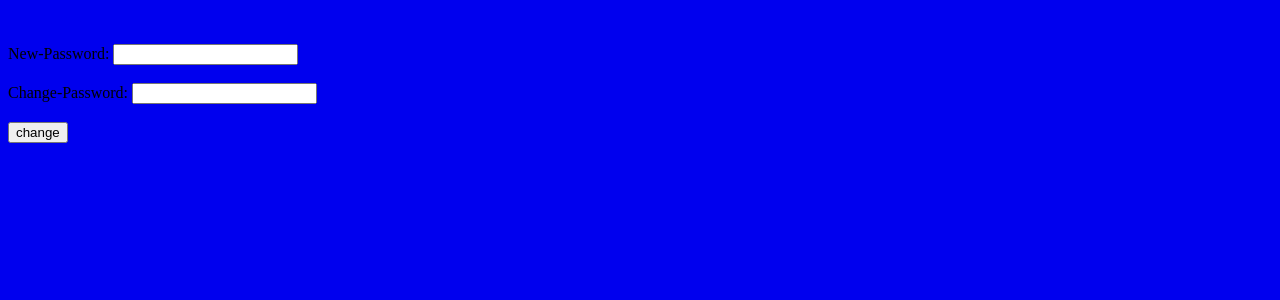
Repository: pawankumarsharm/UST_JDBC_SERVLET
Page: jdbc/empwebapp/WebContent/changepassword.html
The author's editor kept a copy of each file at every save. The page is drawn from the files as they stood at one save, then again after the next save.
The browser window is 1280 px wide. The pictures show the whole page.

Above is the page before, as saved 2019-11-15 09:14:36.

### jdbc/empwebapp/WebContent/changepassword.html
<!DOCTYPE html>
<html>
<head>
<meta charset="ISO-8859-1">
<title>Insert title here</title>
</head>
<body bgcolor="light-green">
<form action="">
		<a href="#" style="align-left">Home</a>  <a href="#" style="align-right">Logout</a><br><br>
		New-Password: <input name="password" type="text"><br><br>
		Change-Password: <input type="text" name="confirmpassword"><br><br>
		<input type="submit" value ="change"><br>
	</form>

</body>
</html>

After the next save:
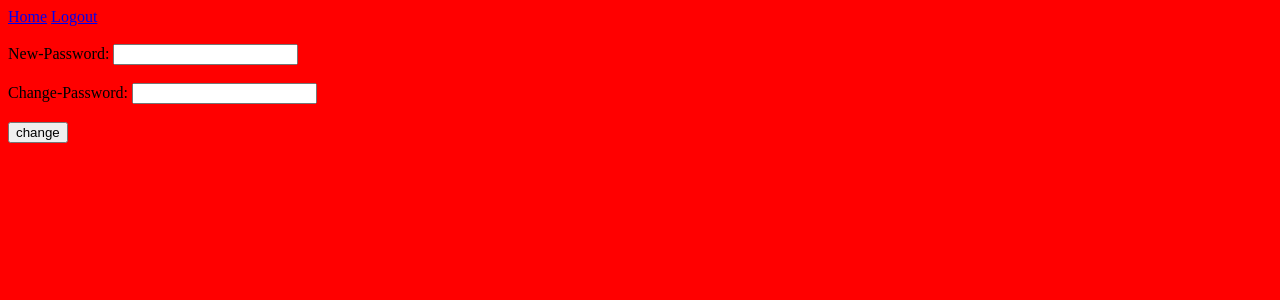
Saved 32 s later.
--- a/jdbc/empwebapp/WebContent/changepassword.html
+++ b/jdbc/empwebapp/WebContent/changepassword.html
@@ -4,7 +4,7 @@
 <meta charset="ISO-8859-1">
 <title>Insert title here</title>
 </head>
-<body bgcolor="light-green">
+<body bgcolor="red">
 <form action="">
 		<a href="#" style="align-left">Home</a>  <a href="#" style="align-right">Logout</a><br><br>
 		New-Password: <input name="password" type="text"><br><br>
